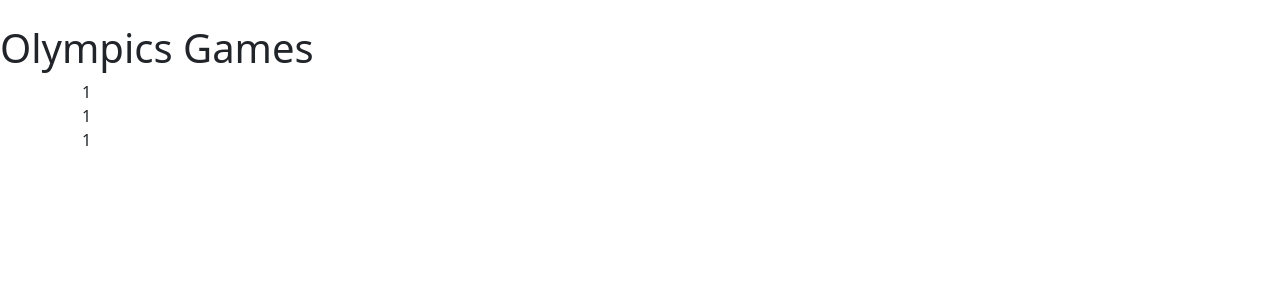
Repository: ahmedazawi/olympic_games
Page: client/views/index.html
The author's editor kept a copy of each file at every save. The page is drawn from the files as they stood at one save, then again after the next save.
The browser window is 1280 px wide. The pictures show the whole page.

Above is the page before, as saved 2021-12-23 17:20:06.

After the next save:
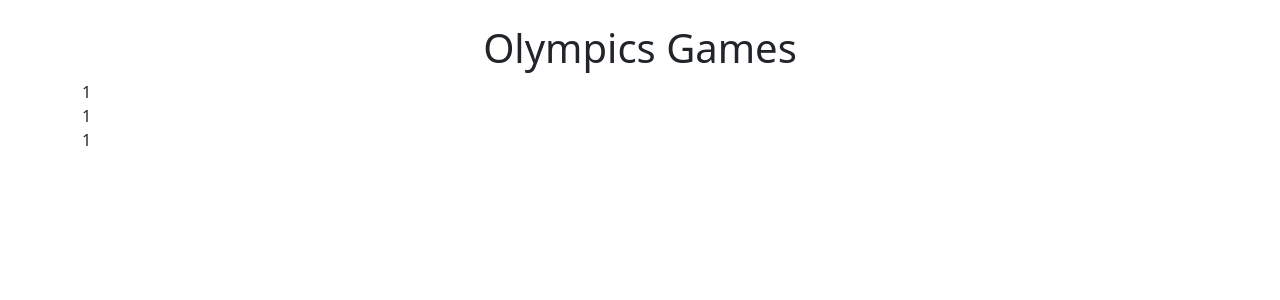
Saved 70 s later.
--- a/client/views/index.html
+++ b/client/views/index.html
@@ -16,8 +16,8 @@
 
     </div>
 
-    <div class="body-container d-flex flex-column w-100">
-        <h1>Olympics Games</h1>
+    <div class="body-container d-flex flex-column align-items-center w-100">
+        <h1 class="">Olympics Games</h1>
         <div class="container">
             <div class="row">
                 <div class="col-12">1</div>
